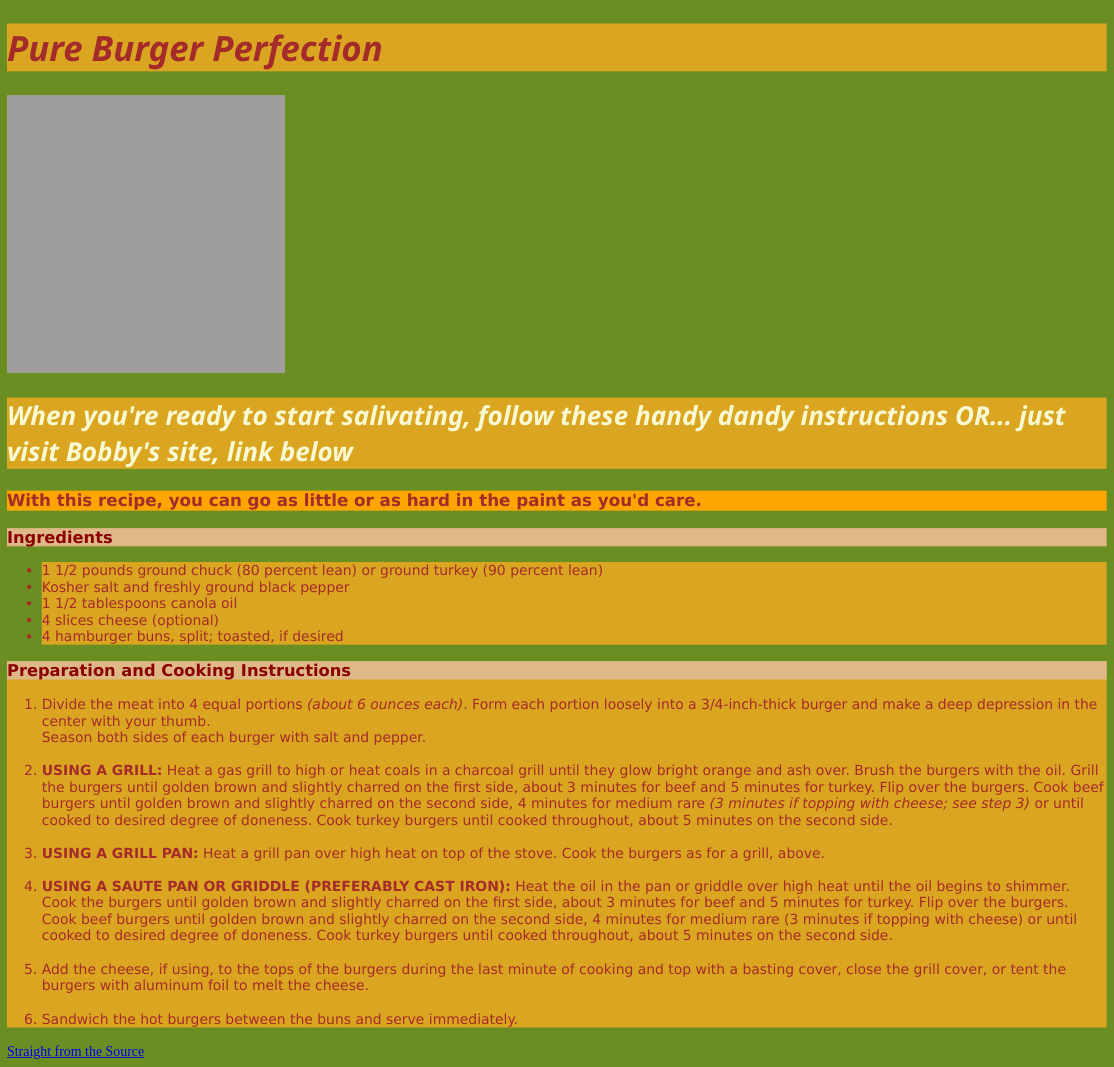
Repository: Spencertainty/practice-time
Page: member-spencer-odin-recipes/recipes/hamburgers.html
The author's editor kept a copy of each file at every save. The page is drawn from the files as they stood at one save, then again after the next save.
The browser window is 1280 px wide. The pictures show the whole page, at 87% of full size.
Pictures or frames that could not be fetched are drawn as grey boxes.

Above is the page before, as saved 2024-01-10 16:01:58.

After the next save:
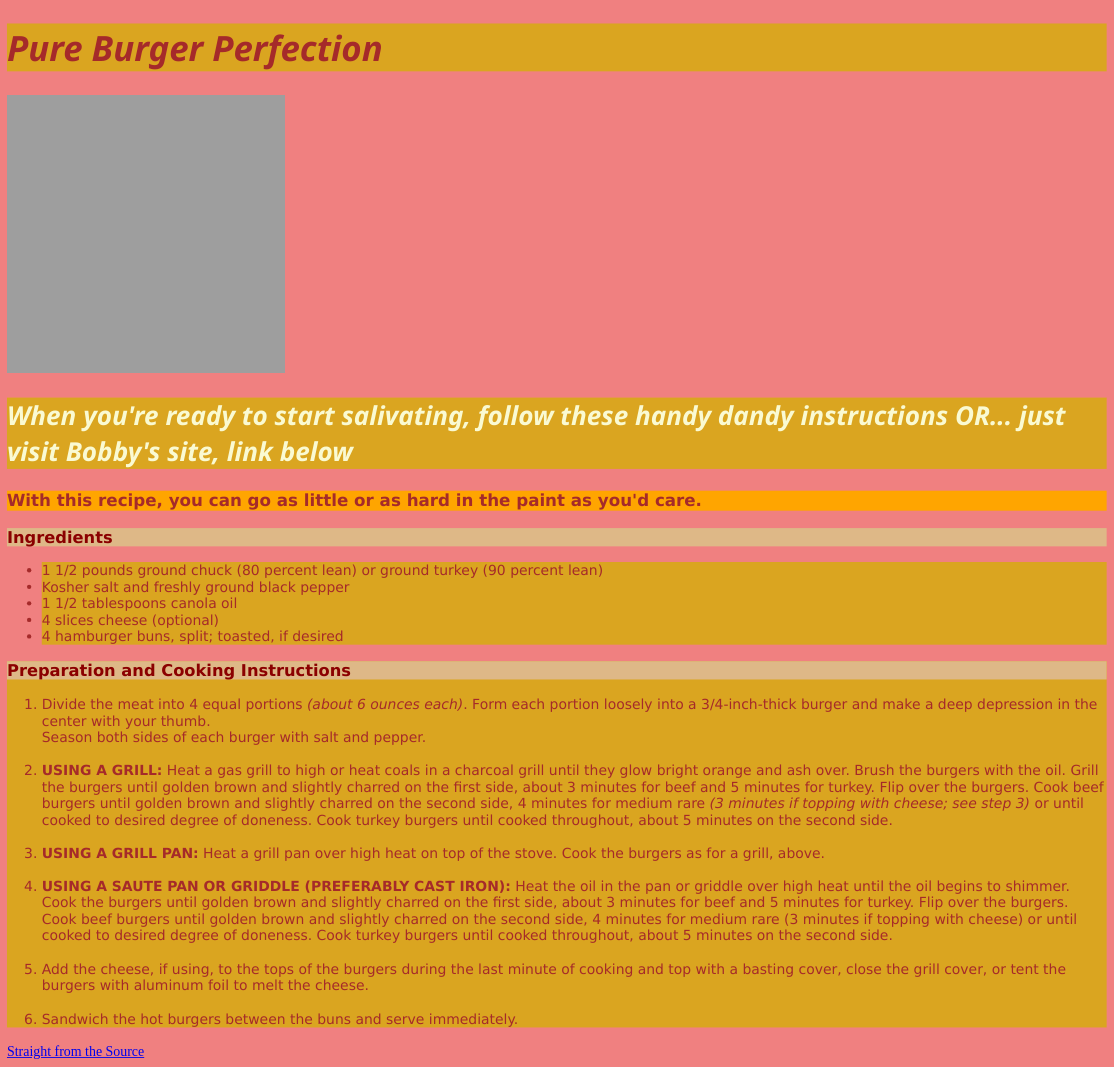
Saved 10 s later.
--- a/member-spencer-odin-recipes/recipes/burger.css
+++ b/member-spencer-odin-recipes/recipes/burger.css
@@ -36,5 +36,5 @@ p {font-family: 'Lucida Sans', 'Lucida Sans Regular', 'Lucida Grande', 'Lucida S
     font-size: larger;
 }
 
-body {background-color: olivedrab;
+body {background-color: lightcoral;
 }
